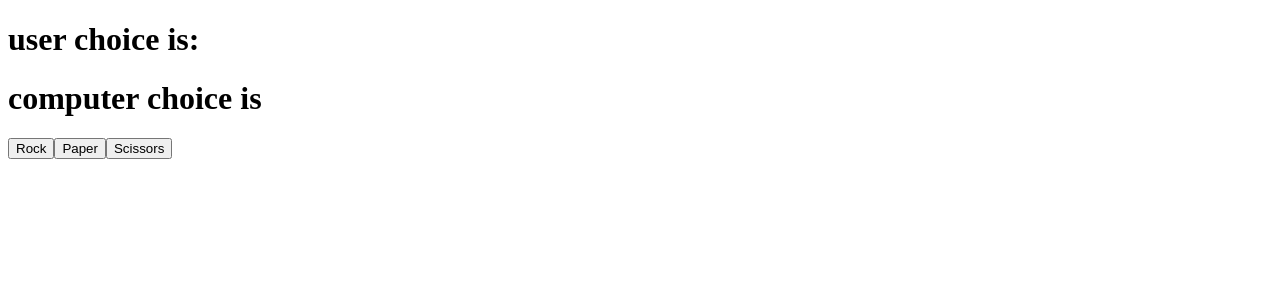
Repository: kate30980/react-rockpaperscissors
Page: /
These files come from the project's save history. The page is drawn as it stood at one moment and after the next save; the edit follows.
The browser window is 1280 px wide. The pictures show the whole page.
The project was rebuilt for these pictures with package versions that can differ from the ones it lists, and the page was loaded fresh each time.

Above is the page before, as saved 2021-10-28 10:47:53.

### src/App.js
import React, { useState } from "react";

const App = () => {
  const [userChoice, setUserChoice] = useState(null);

  const handleClick = (value) => {
    setUserChoice(value);
  };
  return (
    <div>
      <h1>user choice is: {userChoice} </h1>
      <h1>computer choice is </h1>
      <button onClick={() => handleClick("rock")}>Rock</button>
      <button onClick={() => handleClick("paper")}>Paper</button>
      <button onClick={() => handleClick("scissors")}>Scissors</button>
    </div>
  );
};

export default App;

Loaded but not shown: public/index.html (common file); src/index.js (common file)

After the next save:
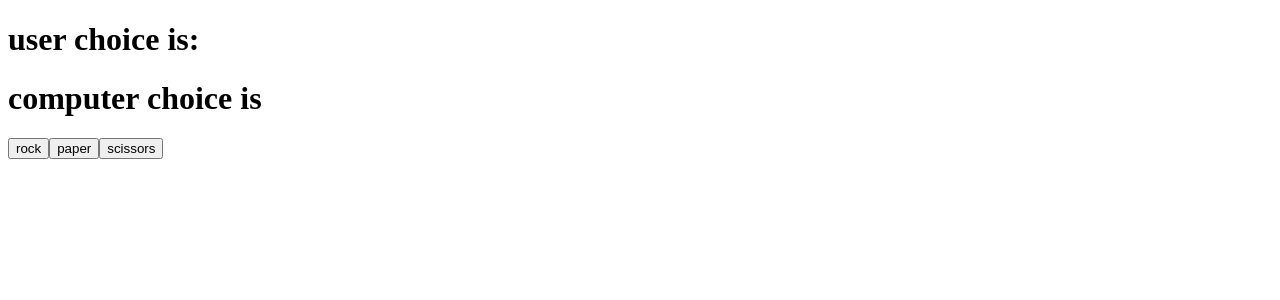
Saved 3 min 19 s later.
--- a/src/App.js
+++ b/src/App.js
@@ -2,6 +2,7 @@ import React, { useState } from "react";
 
 const App = () => {
   const [userChoice, setUserChoice] = useState(null);
+  const choices = ["rock", "paper", "scissors"];
 
   const handleClick = (value) => {
     setUserChoice(value);
@@ -10,9 +11,12 @@ const App = () => {
     <div>
       <h1>user choice is: {userChoice} </h1>
       <h1>computer choice is </h1>
-      <button onClick={() => handleClick("rock")}>Rock</button>
+      {/* <button onClick={() => handleClick("rock")}>Rock</button>
       <button onClick={() => handleClick("paper")}>Paper</button>
-      <button onClick={() => handleClick("scissors")}>Scissors</button>
+      <button onClick={() => handleClick("scissors")}>Scissors</button> */}
+      {choices.map((choice) => (
+        <button onClick={() => handleClick(choice)}>{choice}</button>
+      ))}
     </div>
   );
 };
